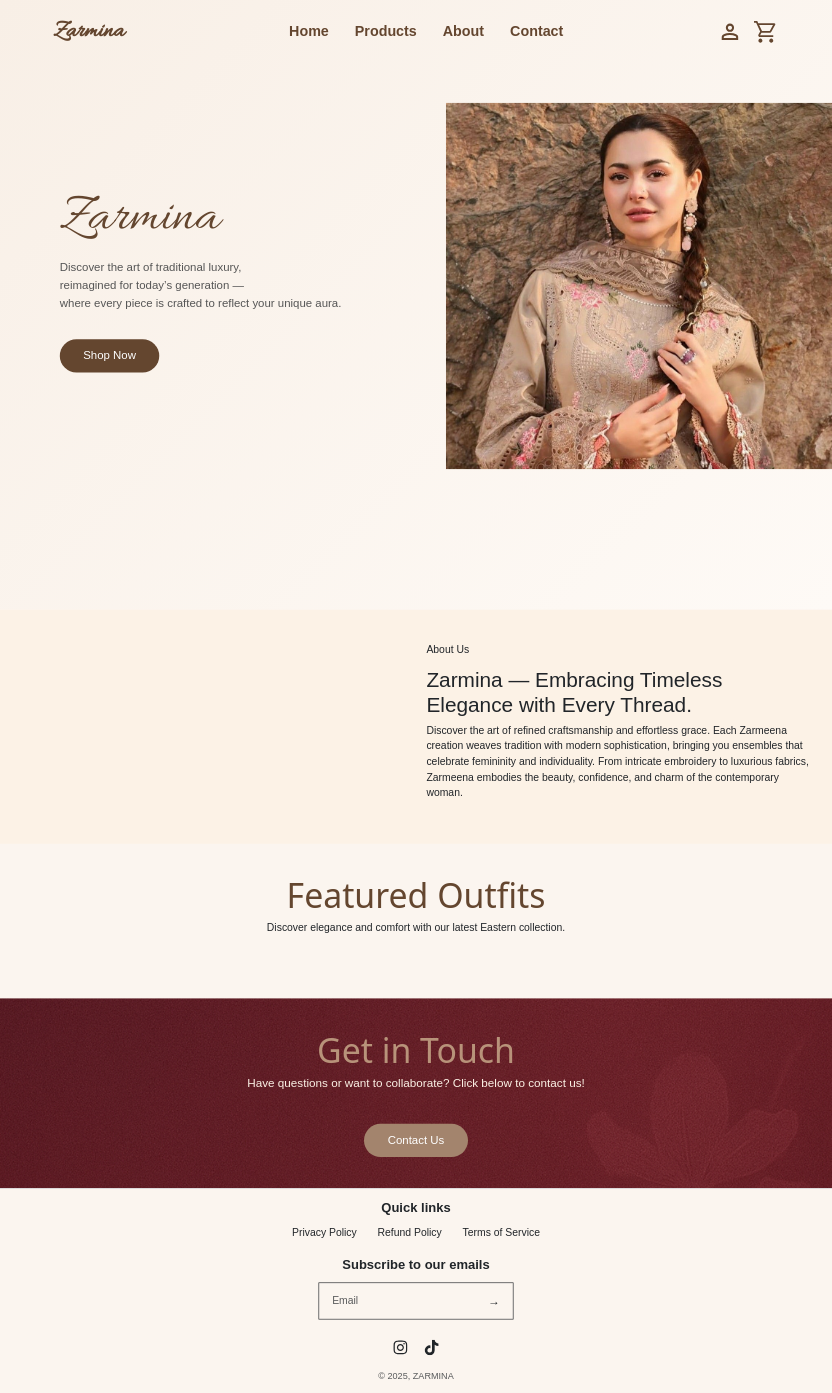
Repository: ayeshatehreem77/Clothing-store
Page: / (app in perfumes-app/)
The author's editor kept a copy of each file at every save. The page is drawn from the files as they stood at one save, then again after the next save.
The browser window is 1280 px wide. The pictures show the whole page, at 65% of full size.
Pictures or frames that could not be fetched are drawn as grey boxes. The page's requests for data from a server got no answer. Some web fonts or font styles are not loaded; a fallback is used. The project was rebuilt for these pictures with package versions that can differ from the ones it lists, and the page was loaded fresh each time. No one was signed in, and anything a server would have sent is missing. Also part of the build but not shown: perfumes-app/src/components/Alert.js, perfumes-app/src/components/Reviews.js, perfumes-app/src/components/FeedbackForm.js.

Above is the page before, as saved 2025-11-03 14:29:38.

After the next save:
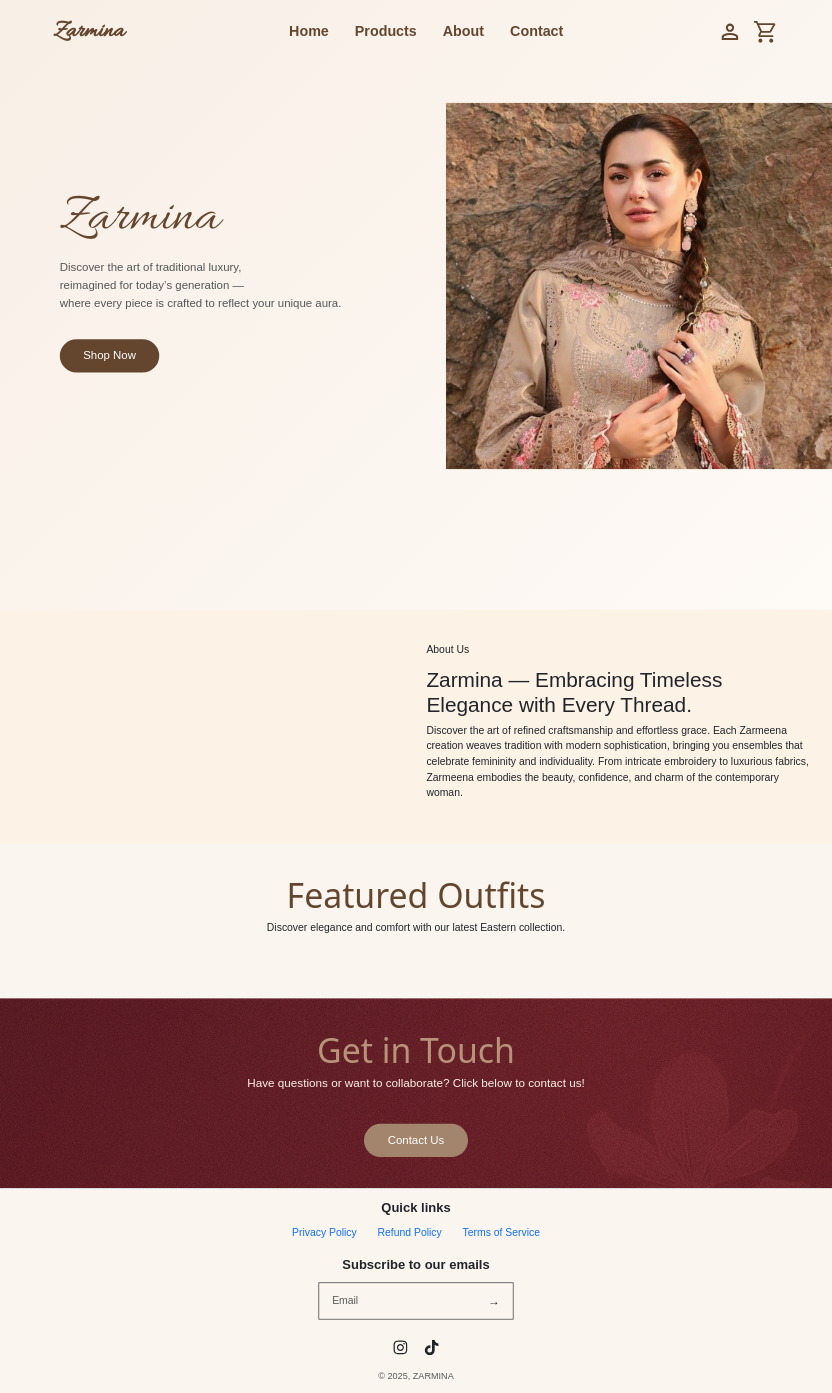
Saved 7 min 38 s later.
--- a/perfumes-app/src/components/Footer.js
+++ b/perfumes-app/src/components/Footer.js
@@ -41,20 +41,20 @@ const Footer = () => {
     <footer className="text-center py-3 border-top">
       <div className="container">
         {/* Quick Links */}
-        <h5 className="fw-bold mb-3">Quick links</h5>
+        <h5 className="fw-bold mb-3 footer-text">Quick links</h5>
         <ul className="list-inline mb-4">
           <li className="list-inline-item mx-3">
-            <a href="#" className="text-dark text-decoration-none fw-medium">
+            <a href="#" className="footer-text text-decoration-none fw-medium">
               Privacy Policy
             </a>
           </li>
           <li className="list-inline-item mx-3">
-            <a href="#" className="text-dark text-decoration-none fw-medium">
+            <a href="#" className="footer-text text-decoration-none fw-medium">
               Refund Policy
             </a>
           </li>
           <li className="list-inline-item mx-3">
-            <a href="#" className="text-dark text-decoration-none fw-medium">
+            <a href="#" className="footer-text text-decoration-none fw-medium">
               Terms of Service
             </a>
           </li>
@@ -62,7 +62,7 @@ const Footer = () => {
 
         {/* Subscribe Section */}
         <div className="d-flex flex-column align-items-center mb-4">
-          <h5 className="fw-bold mb-3">Subscribe to our emails</h5>
+          <h5 className="fw-bold mb-3 footer-text">Subscribe to our emails</h5>
           <form
             onSubmit={handleSubscribe}
             className="d-flex border border-dark p-2"
@@ -70,7 +70,7 @@ const Footer = () => {
           >
             <input
               type="email"
-              className="form-control border-0 shadow-none bg-transparent"
+              className="form-control border-0 shadow-none bg-transparent footer-text"
               placeholder="Email"
               value={email}
               onChange={(e) => setEmail(e.target.value)}
@@ -79,7 +79,7 @@ const Footer = () => {
             />
             <button
               type="submit"
-              className="btn border-0 text-dark"
+              className="btn border-0 footer-text"
               disabled={sending}
             >
               <span style={{ fontSize: "18px" }}>{sending ? "..." : "→"}</span>
@@ -89,16 +89,16 @@ const Footer = () => {
 
         {/* Social Icons */}
         <div className="d-flex justify-content-center align-items-center gap-4 mb-3">
-          <a href="#" className="text-dark fs-4">
+          <a href="#" className="text-dark fs-4 footer-text">
             <FaInstagram />
           </a>
-          <a href="#" className="text-dark fs-4">
+          <a href="#" className="text-dark fs-4 footer-text">
             <FaTiktok />
           </a>
         </div>
 
         {/* Copyright */}
-        <p className="text-muted small mb-0">
+        <p className="text-muted small mb-0 footer-text">
           © {new Date().getFullYear()}, <span className="text-uppercase">Zarmina</span>
         </p>
       </div>
